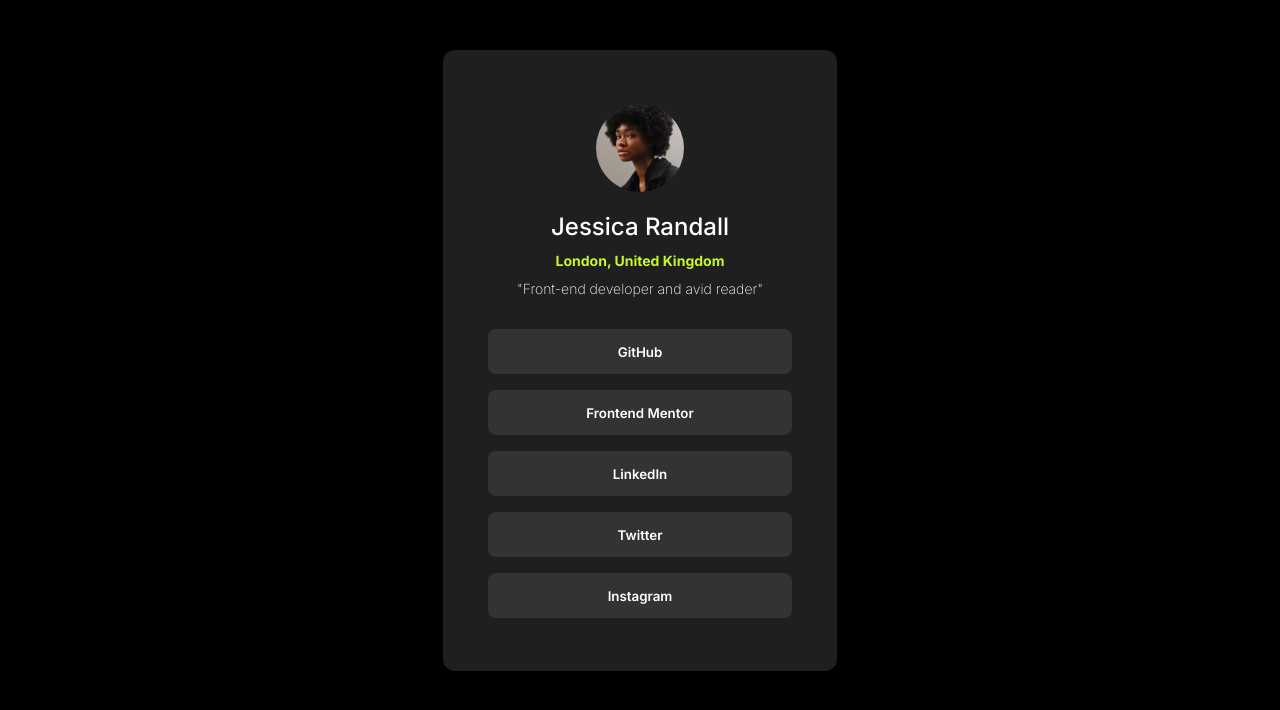
Repository: brandontaylor1/social-links-profile
Page: index.html
These files come from the project's save history. The page is drawn as it stood at one moment and after the next save; the edit follows.
The browser window is 1280 px wide. The pictures show the whole page.

Above is the page before, as saved 2024-12-25 18:01:20.

After the next save:
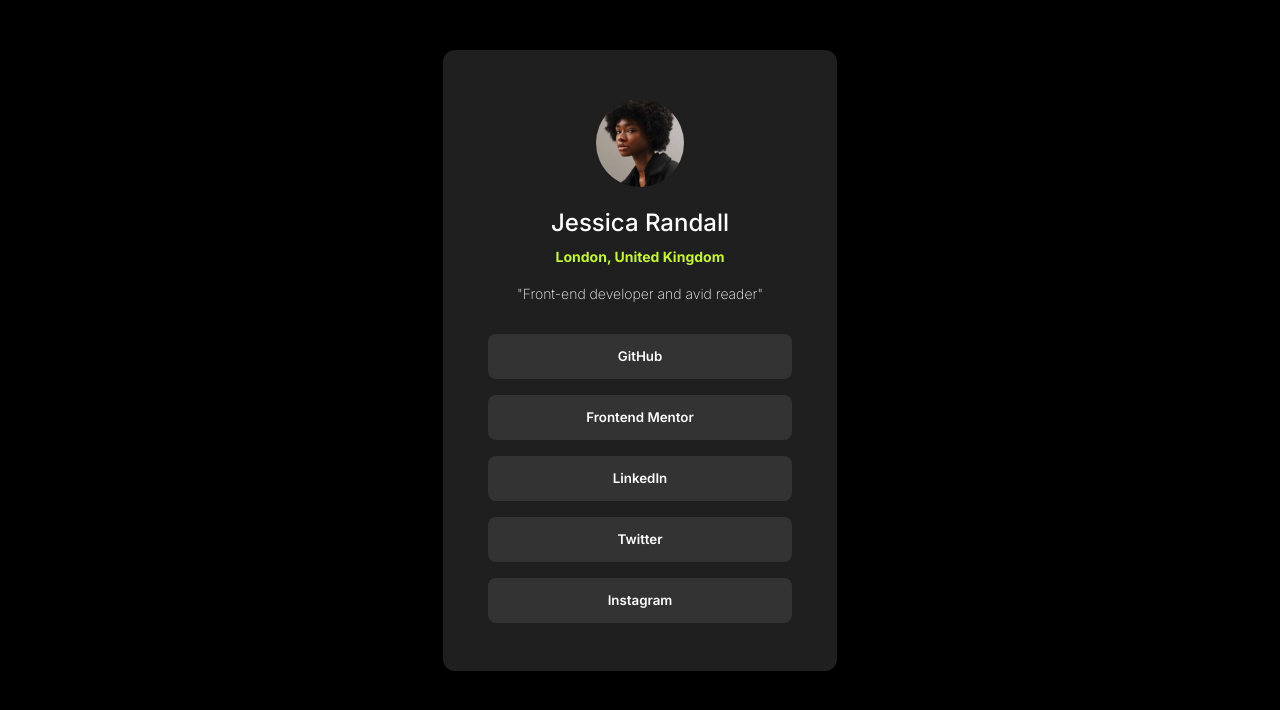
Saved 4 s later.
--- a/styles.css
+++ b/styles.css
@@ -66,7 +66,7 @@ body {
     font-size: 14px;
     font-family: "Inter", sans-serif;
     font-weight: 200;
-    margin-top: 10px;
+    margin-top: 20px;
     color: var(--color-white);
 }
 
